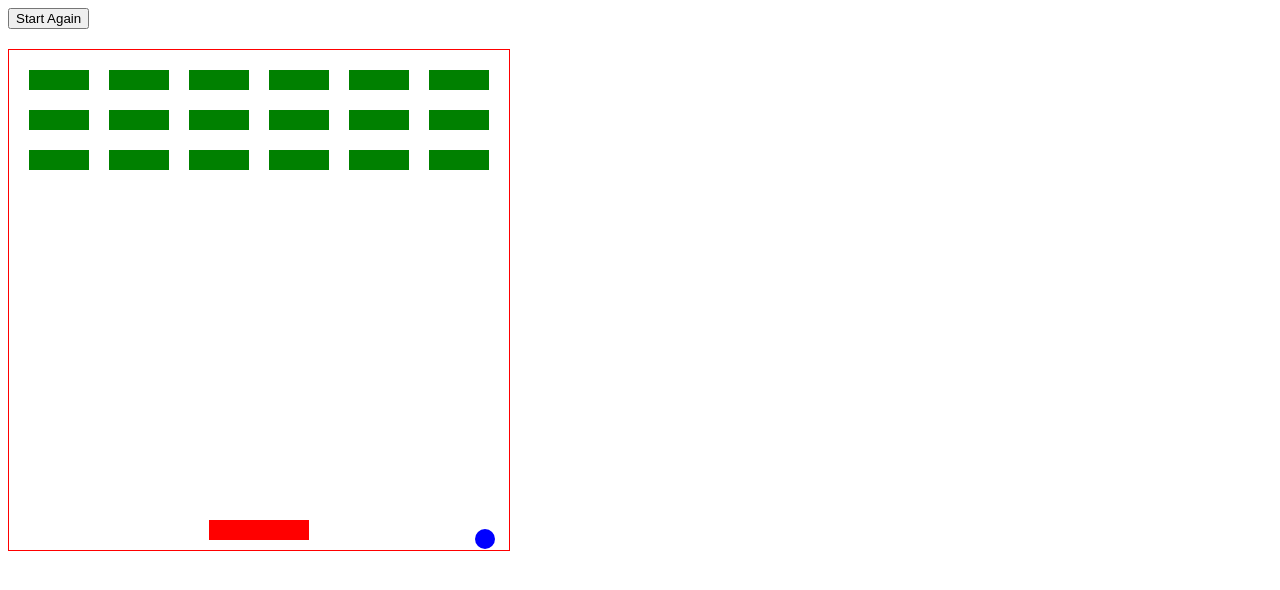
Repository: huynhsang96/CaseJS
Page: Demo_case/index.html
An editor plug-in stored every save of this project. The page is shown before and after the next save, followed by the edit.
The browser window is 1280 px wide. The pictures show the whole page.

Above is the page before, as saved 2022-02-19 23:21:04.

After the next save:
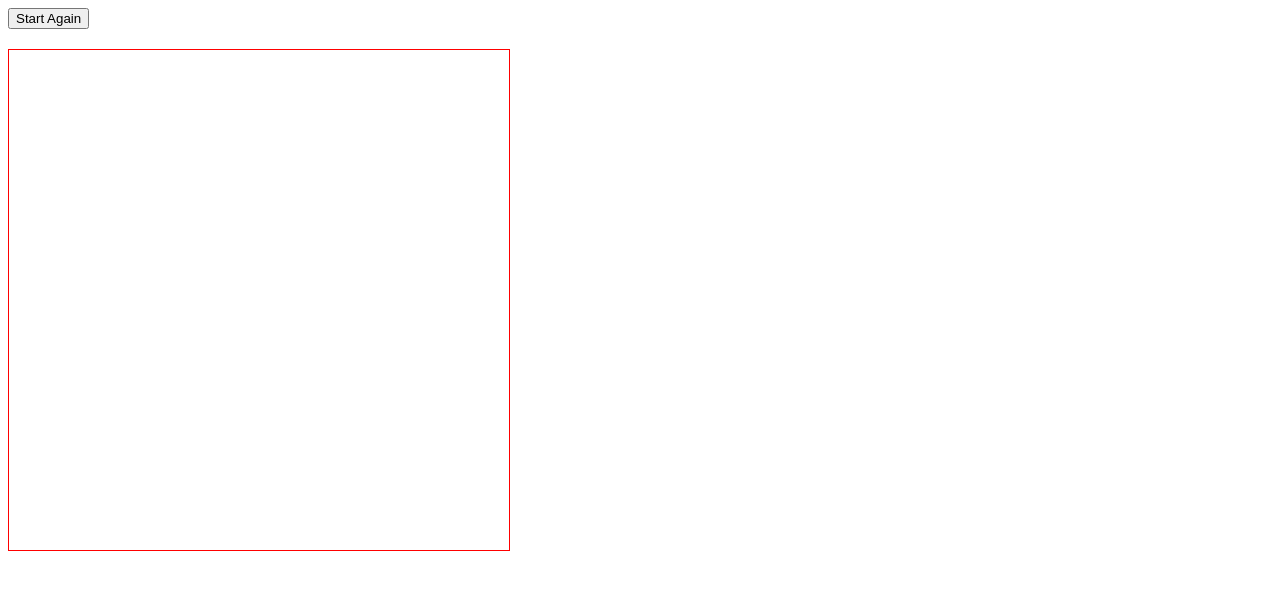
Console error: SyntaxError: Unexpected token ')'
Saved 30 s later.
--- a/Demo_case/main.js
+++ b/Demo_case/main.js
@@ -70,8 +70,9 @@
         let rect_right = element.x + bricks.width;
         let rect_bottom = element.y + bricks.height;
 
-        // if()
-        console.log(Ax);
+        if(){
+
+        }
     })
 }
 

After the 2 saves that followed:
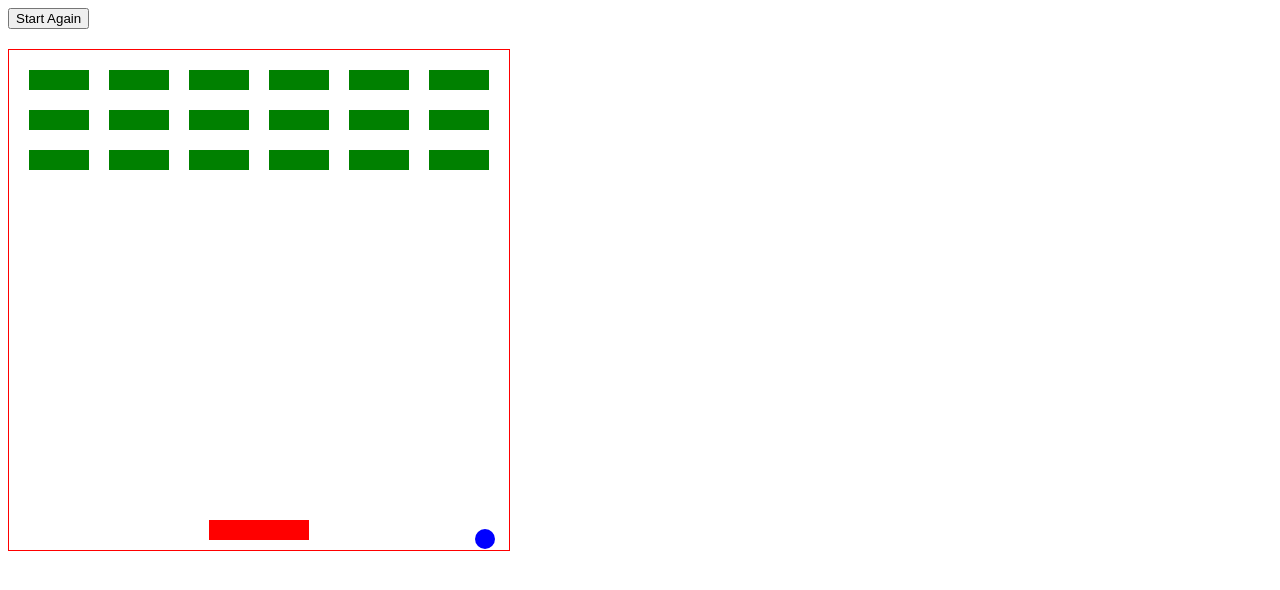
The error is gone.
The 2 saves are shown as one change because 1 left the picture as it was.
The last was saved 3 min 50 s later.
--- a/Demo_case/main.js
+++ b/Demo_case/main.js
@@ -70,8 +70,16 @@
         let rect_right = element.x + bricks.width;
         let rect_bottom = element.y + bricks.height;
 
-        if(){
+        if(ball.x < rect_left){
+            Ax = rect_left;
+        } else if(ball.x > rect_right){
+            Ax = rect_right;
+        }
 
+        if(ball.y < rect_top){
+            Ay = rect_top;
+        } else if(ball.y > rect_bottom){
+            Ay = rect_bottom;
         }
     })
 }
